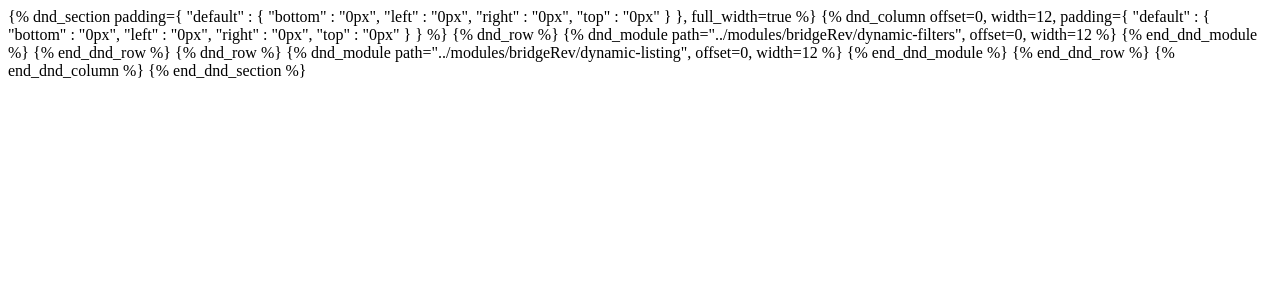
Repository: erincallie/portal-base
Page: portal-base/sections/dynamic-listing.html
These files come from the project's save history. The page is drawn as it stood at one moment and after the next save; the edit follows.
The browser window is 1280 px wide. The pictures show the whole page.

Above is the page before, as saved 2024-01-18 07:29:09.

### portal-base/sections/dynamic-listing.html
<!--
  templateType: section
  label: Dynamic Listing
  isAvailableForNewContent: true
-->

{% dnd_section padding={ "default" : { "bottom" : "0px", "left" : "0px", "right" : "0px", "top" : "0px" } }, full_width=true %}
  {% dnd_column offset=0, width=12, padding={ "default" : { "bottom" : "0px", "left" : "0px", "right" : "0px", "top" : "0px" } } %}
    {% dnd_row %}
      {% dnd_module
        path="../modules/bridgeRev/dynamic-filters",
        offset=0,
        width=12 %}
      {% end_dnd_module %}
    {% end_dnd_row %}
    {% dnd_row %}
      {% dnd_module
        path="../modules/bridgeRev/dynamic-listing",
        offset=0,
        width=12 %}
      {% end_dnd_module %}
    {% end_dnd_row %}
  {% end_dnd_column %}
{% end_dnd_section %}

After the next save:
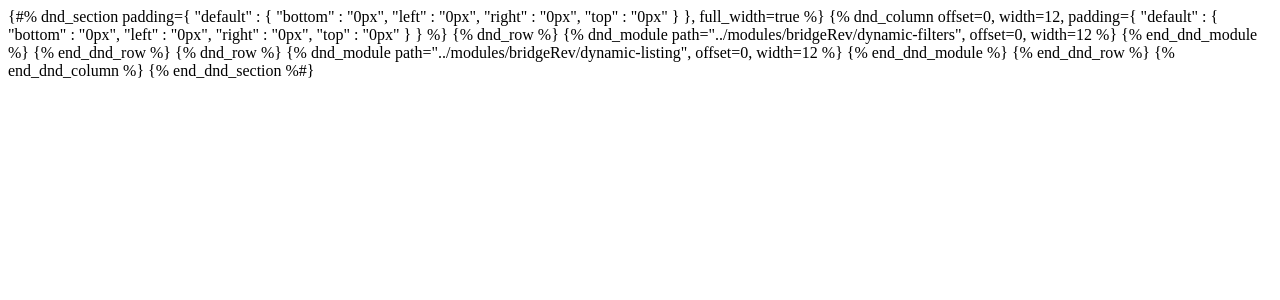
Saved 14 s later.
--- a/portal-base/sections/dynamic-listing.html
+++ b/portal-base/sections/dynamic-listing.html
@@ -4,7 +4,7 @@
   isAvailableForNewContent: true
 -->
 
-{% dnd_section padding={ "default" : { "bottom" : "0px", "left" : "0px", "right" : "0px", "top" : "0px" } }, full_width=true %}
+{#% dnd_section padding={ "default" : { "bottom" : "0px", "left" : "0px", "right" : "0px", "top" : "0px" } }, full_width=true %}
   {% dnd_column offset=0, width=12, padding={ "default" : { "bottom" : "0px", "left" : "0px", "right" : "0px", "top" : "0px" } } %}
     {% dnd_row %}
       {% dnd_module
@@ -21,4 +21,4 @@
       {% end_dnd_module %}
     {% end_dnd_row %}
   {% end_dnd_column %}
-{% end_dnd_section %}
+{% end_dnd_section %#}
